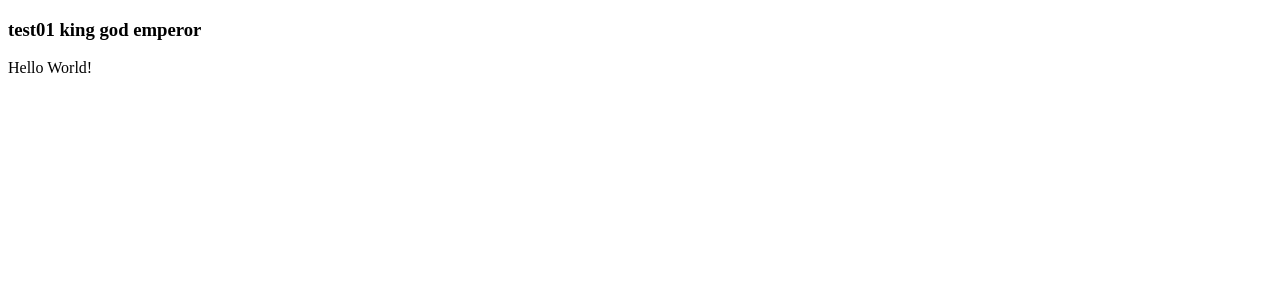
Repository: ssleap/multicampusIoT
Page: workspace190520/edu1/WebContent/test01.html
These files come from the project's save history. The page is drawn as it stood at one moment and after the next save; the edit follows.
The browser window is 1280 px wide. The pictures show the whole page.

Above is the page before, as saved 2019-05-20 04:36:24.

### workspace190520/edu1/WebContent/test01.html
<!DOCTYPE html>
<html>
<head>
<meta charset="UTF-8">
<title>TEST 01</title>
</head>
<body>
	<H3>test01 king god emperor</H3>
	<p>

		Hello World!

	</p>
</body>
</html>

After the next save:
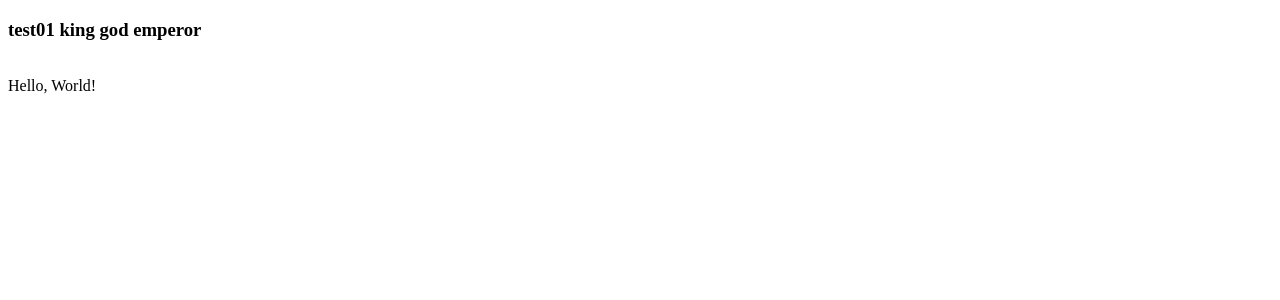
Saved 53 s later.
--- a/workspace190520/edu1/WebContent/test01.html
+++ b/workspace190520/edu1/WebContent/test01.html
@@ -7,8 +7,8 @@
 <body>
 	<H3>test01 king god emperor</H3>
 	<p>
-
-		Hello World!
+		<br>
+		Hello, World!
 
 	</p>
 </body>
